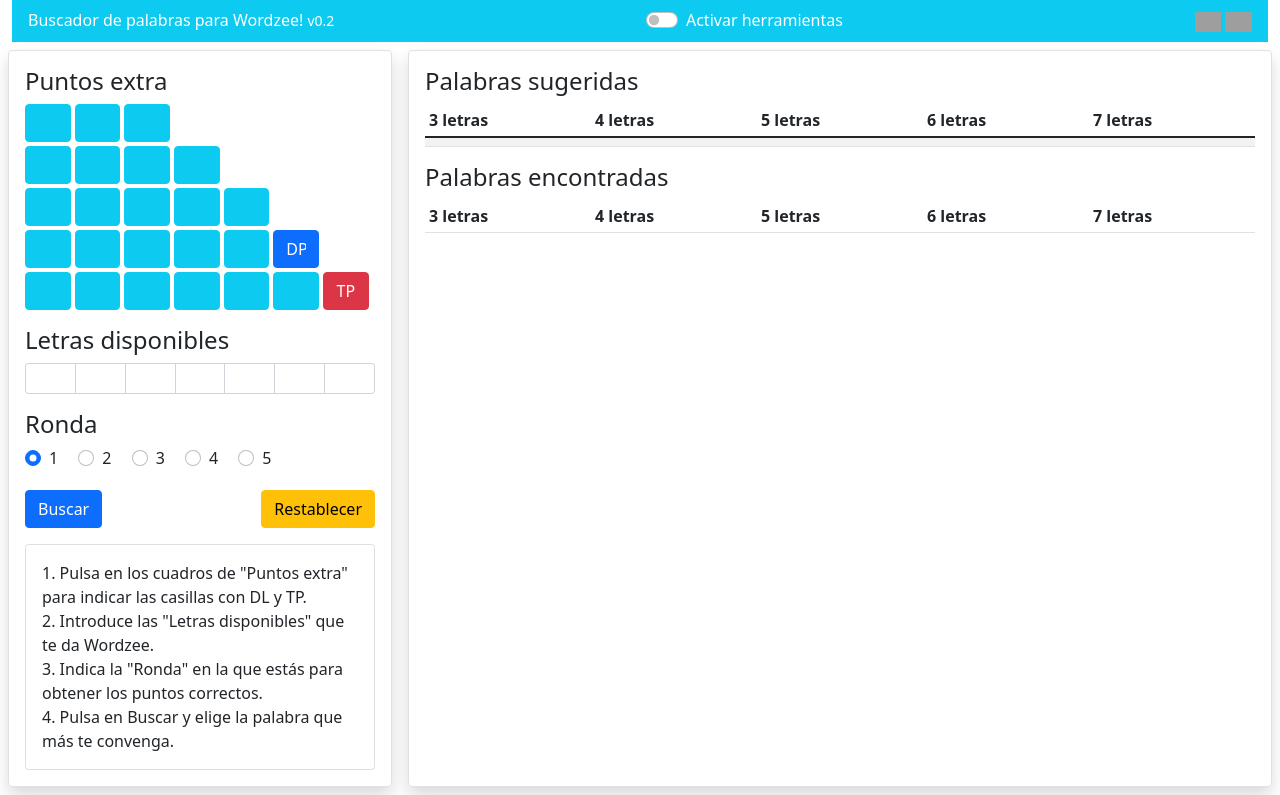
Repository: angelcafe/wordzee-bp_javascript
Page: index.html
An editor plug-in stored every save of this project. The page is shown before and after the next save, followed by the edit.
The browser window is 1280 px wide. The pictures show the whole page.
Pictures or frames that could not be fetched are drawn as grey boxes. The page's requests for data from a server got no answer.

Above is the page before, as saved 2021-10-24 20:00:29.

### index.html
<!DOCTYPE html>
<html lang="es">

<head>
    <meta charset="UTF-8">
    <meta name="viewport" content="width=device-width, initial-scale=1">
    <meta http-equiv="Expires" content="0">
    <meta http-equiv="Last-Modified" content="0">
    <meta http-equiv="Cache-Control" content="no-cache, mustrevalidate">
    <meta http-equiv="Pragma" content="no-cache">
    <link rel="icon" href="favicon.ico" type="image/ico" />
    <link rel="stylesheet" href="https://cdn.jsdelivr.net/npm/bootstrap@5.1.3/dist/css/bootstrap.min.css" integrity="sha384-1BmE4kWBq78iYhFldvKuhfTAU6auU8tT94WrHftjDbrCEXSU1oBoqyl2QvZ6jIW3" crossorigin="anonymous">
    <link rel="stylesheet" href="https://cdn.jsdelivr.net/npm/bootstrap-icons@1.5.0/font/bootstrap-icons.css">
    <link rel="stylesheet" href="index.css">
    <title>Busca palabras</title>
</head>

<body>
    <div id="liveAlertPlaceholder"></div>
    <div class="container-fluid">
        <!-- Cabecera -->
        <nav class="nav d-flex justify-content-between bg-info">
            <li class="nav-item">
                <span class="nav-link text-white">Buscador de palabras para Wordzee! <small>v0.2</small></span>
            </li>
            <li class="nav-item">
                <div class="nav-link text-white form-check form-switch">
                    <input class="form-check-input" type="checkbox" role="switch" id="idActivarHerramientas">
                    <label class="form-check-label" for="idActivarHerramientas">Activar herramientas</label>
                </div>
            </li>
            <li class="nav-item">
                <span class="nav-link">
                    <a href="https://www.facebook.com/BuscaPalabras-para-Wordzee-106324508497974" target="_blank"><img src="https://upload.wikimedia.org/wikipedia/commons/5/51/Facebook_f_logo_%282019%29.svg" height="20"></a>
                    <a href="https://t.me/buscadorwordzee" target="_blank"><img src="https://upload.wikimedia.org/wikipedia/commons/thumb/8/83/Telegram_2019_Logo.svg/2048px-Telegram_2019_Logo.svg.png" height="20"></a>
                </span>
            </li>
        </nav>
        <div class="row">
            <!-- Principal -->
            <div class="col border shadow rounded m-2 p-3 principal">
                <form>
                    <div id="idPuntosExtra">
                        <h4>Puntos extra</h4>
                        <div class="p-0 mb-1">
                            <input type="text" name="pal3let1" class="btn btn-info" value="" readonly>
                            <input type="text" name="pal3let2" class="btn btn-info" value="" readonly>
                            <input type="text" name="pal3let3" class="btn btn-info" value="" readonly>
                        </div>
                        <div class="p-0 mb-1">
                            <input type="text" name="pal4let1" class="btn btn-info" value="" readonly>
                            <input type="text" name="pal4let2" class="btn btn-info" value="" readonly>
                            <input type="text" name="pal4let3" class="btn btn-info" value="" readonly>
                            <input type="text" name="pal4let4" class="btn btn-info" value="" readonly>
                        </div>
                        <div class="p-0 mb-1">
                            <input type="text" name="pal5let1" class="btn btn-info" value="" readonly>
                            <input type="text" name="pal5let2" class="btn btn-info" value="" readonly>
                            <input type="text" name="pal5let3" class="btn btn-info" value="" readonly>
                            <input type="text" name="pal5let4" class="btn btn-info" value="" readonly>
                            <input type="text" name="pal5let5" class="btn btn-info" value="" readonly>
                        </div>
                        <div class="p-0 mb-1">
                            <input type="text" name="pal6let1" class="btn btn-info" value="" readonly>
                            <input type="text" name="pal6let2" class="btn btn-info" value="" readonly>
                            <input type="text" name="pal6let3" class="btn btn-info" value="" readonly>
                            <input type="text" name="pal6let4" class="btn btn-info" value="" readonly>
                            <input type="text" name="pal6let5" class="btn btn-info" value="" readonly>
                            <input type="text" name="pal6let6" class="btn btn-info" value="" readonly>
                        </div>
                        <div class="p-0 mb-3">
                            <input type="text" name="pal7let1" class="btn btn-info" value="" readonly>
                            <input type="text" name="pal7let2" class="btn btn-info" value="" readonly>
                            <input type="text" name="pal7let3" class="btn btn-info" value="" readonly>
                            <input type="text" name="pal7let4" class="btn btn-info" value="" readonly>
                            <input type="text" name="pal7let5" class="btn btn-info" value="" readonly>
                            <input type="text" name="pal7let6" class="btn btn-info" value="" readonly>
                            <input type="text" name="pal7let7" class="btn btn-info" value="" readonly>
                        </div>
                    </div>
                    <div id="idLetrasDisponibles">
                        <h4>Letras disponibles</h4>
                        <div class="input-group input-group-sm mb-3" id="letras">
                            <input type="text" name="letra1" size="1" maxlength="1" autocomplete="off" required="required" class="form-control text-uppercase" value="">
                            <input type="text" name="letra2" size="1" maxlength="1" autocomplete="off" required="required" class="form-control text-uppercase" value="">
                            <input type="text" name="letra3" size="1" maxlength="1" autocomplete="off" required="required" class="form-control text-uppercase" value="">
                            <input type="text" name="letra4" size="1" maxlength="1" autocomplete="off" required="required" class="form-control text-uppercase" value="">
                            <input type="text" name="letra5" size="1" maxlength="1" autocomplete="off" required="required" class="form-control text-uppercase" value="">
                            <input type="text" name="letra6" size="1" maxlength="1" autocomplete="off" required="required" class="form-control text-uppercase" value="">
                            <input type="text" name="letra7" size="1" maxlength="1" autocomplete="off" required="required" class="form-control text-uppercase" value="">
                        </div>
                    </div>
                    <div id="idRonda">
                        <h4>Ronda</h4>
                        <div class="form-check form-check-inline mb-3">
                            <input type="radio" name="ronda" value="1" class="form-check-input" checked>
                            <label class="form-check-label" for="idRonda1">1</label>
                        </div>
                        <div class="form-check form-check-inline mb-3">
                            <input type="radio" name="ronda" value="2" class="form-check-input">
                            <label class="form-check-label" for="idRonda2">2</label>
                        </div>
                        <div class="form-check form-check-inline mb-3">
                            <input type="radio" name="ronda" value="3" class="form-check-input">
                            <label class="form-check-label" for="idRonda3">3</label>
                        </div>
                        <div class="form-check form-check-inline mb-3">
                            <input type="radio" name="ronda" value="4" class="form-check-input">
                            <label class="form-check-label" for="idRonda4">4</label>
                        </div>
                        <div class="form-check form-check-inline mb-3">
                            <input type="radio" name="ronda" value="5" class="form-check-input">
                            <label class="form-check-label" for="idRonda5">5</label>
                        </div>
                    </div>
                    <div id="idBotones">
                        <div class="btn-toolbar justify-content-between mt-1">
                            <button type="button" class="btn btn-primary" onclick="buscarPalabras()">Buscar</button>
                            <button type="button" class="btn btn-warning" onclick="restablecer()">Restablecer</button>
                        </div>
                    </div>
                </form>
                <div class="card mt-3">
                    <div class="card-body">
                        1. Pulsa en los cuadros de "Puntos extra" para indicar las casillas con DL y TP.
                        <br>
                        2. Introduce las "Letras disponibles" que te da Wordzee.
                        <br>
                        3. Indica la "Ronda" en la que estás para obtener los puntos correctos.
                        <br>
                        4. Pulsa en Buscar y elige la palabra que más te convenga.
                    </div>
                </div>
            </div>
            <!-- Herramientas -->
            <div class="col border shadow rounded m-2 p-3 herramientas">
                <div id="idHerramientas">
                    <h4>Herramientas</h4>
                    <form class="row">
                        <div class="col">Palabra nueva:</div>
                        <div class="col">
                            <input name="palabraGuardar" id="palabraGuardar" type="text" minlength="3" maxlength="7" autocomplete="off" class="form-control text-uppercase" value="">
                        </div>
                        <div class="col">
                            <button id="idGuardar" type="button" class="btn btn-primary">Guardar</button>
                        </div>
                    </form>
                    <form class="row mt-3">
                        <div class="col">Borrar palabra:</div>
                        <div class="col">
                            <input name="palabraBorrar" id="palabraBorrar" type="text" minlength="3" maxlength="7" autocomplete="off" class="form-control text-uppercase" value="">
                        </div>
                        <div class="col">
                            <button id="idBorrar" type="button" class="btn btn-danger">Borrar</button>
                        </div>
                    </form>
                    <form class="row mt-3">
                        <div class="col">Exportar JSON:</div>
                        <div class="col"></div>
                        <div class="col">
                            <button type="button" onclick="palabras.exportar()" class="btn btn-primary">Exportar</button>
                        </div>
                    </form>
                    <form class="row mt-3">
                        <div class="col">Importar JSON:</div>
                        <div class="col custom-file">
                            <input type="file" class="form-control" accept=".json" id="formFile">
                            <label class="form-label" for="formFile" data-browse="Elegir"></label>
                        </div>
                        <div class="col input-group-append">
                            <button type="button" class="btn btn-warning" onclick="palabras.importar()">Importar</button>
                        </div>
                    </form>
                </div>
            </div>
            <!-- Palabras sugeridas -->
            <div class="border col m-2 p-3 shadow rounded">
                <h4>Palabras sugeridas</h4>
                <table class="table table-sm table-striped table-hover">
                    <thead>
                        <tr>
                            <th>3 letras</th>
                            <th>4 letras</th>
                            <th>5 letras</th>
                            <th>6 letras</th>
                            <th>7 letras</th>
                        </tr>
                    </thead>
                    <tbody>
                        <tr>
                            <td class="noselect"></td>
                            <td class="noselect"></td>
                            <td class="noselect"></td>
                            <td class="noselect"></td>
                            <td class="noselect"></td>
                        </tr>
                    </tbody>
                </table>
                <!-- Palabras encontradas -->
                <h4>Palabras encontradas</h4>
                <table class="table table-sm table-striped table-hover">
                    <thead>
                        <tr>
                            <th>3 letras</th>
                            <th>4 letras</th>
                            <th>5 letras</th>
                            <th>6 letras</th>
                            <th>7 letras</th>
                        </tr>
                    </thead>
                    <tbody id="idPalabrasEncontradas"></tbody>
                </table>
            </div>
        </div>
    </div>
    <div id="modalAlert" class="modal fade" tabindex="-1">
        <div class="modal-dialog">
            <div class="modal-content">
                <div class="modal-header">
                    <h5 class="modal-title"></h5>
                    <button type="button" class="close" data-dismiss="modal" aria-label="Close"></button>
                </div>
                <div class="modal-body">
                    <p>Importación finalizada.</p>
                </div>
                <div class="modal-footer">
                    <button type="button" class="close" data-dismiss="modal" aria-label="Cerrar">
                        <span aria-hidden="true">&times;</span>
                    </button>
                </div>
            </div>
        </div>
    </div>
    <div id="menu">
        <div>
            <i class="bi bi-eraser-fill"></i> Borrar <span id="idBorrarPalabra"></span> de la Base de Datos
        </div>
    </div>
    <script src="https://cdn.jsdelivr.net/npm/bootstrap@5.1.3/dist/js/bootstrap.bundle.min.js" integrity="sha384-ka7Sk0Gln4gmtz2MlQnikT1wXgYsOg+OMhuP+IlRH9sENBO0LRn5q+8nbTov4+1p" crossorigin="anonymous"></script>
    <script src="index.js"></script>
</body>

</html>

### index.css
.herramientas {
    display: none;
    max-width: 26em;
    min-width: 26em;
}
.noselect {
    -webkit-touch-callout: none; /* iOS Safari */
    -webkit-user-select: none; /* Safari */
    -khtml-user-select: none; /* Konqueror HTML */
    -moz-user-select: none; /* Firefox */
    -ms-user-select: none; /* Internet Explorer/Edge */
    user-select: none; /* Non-prefixed version, currently
    supported by Chrome and Opera */
}
.palenc {
    cursor: pointer;
}
.principal {
    max-width: 24em;
    min-width: 24em;
}
.rosa {
    background-color: pink;
}
#idPuntosExtra input {
    width: 13%;
}
#idBorrarPalabra,
#idBotonBuscaPalabras {
    cursor: pointer;
}
#menu {
    position: absolute;
    display: none;
    padding: 0px;
    font-family: sans-serif;
    font-size: 15px;
    background: #fff;
    color: #555;
    border: 1px solid #C6C6C6;
    -webkit-transition: opacity .5s ease-in-out;
    -moz-transition: opacity .5s ease-in-out;
    transition: opacity .5s ease-in-out;
    -webkit-box-shadow: 2px 2px 2px 0px rgba(143, 144, 145, 1);
    -moz-box-shadow: 2px 2px 2px 0px rgba(143, 144, 145, 1);
    box-shadow: 2px 2px 2px 0px rgba(143, 144, 145, 1);
}
#menu div {
    display: block;
    color: #555;
    text-decoration: none;
    padding: 6px 8px 6px 8px;
    width: 294px;
    position: relative;
}
#menu div img,
#menu div i.fa {
    height: 20px;
    font-size: 17px;
    width: 20px;
    position: absolute;
    left: 5px;
    top: 2px;
}
#menu span:hover {
    color: #fff;
    background: #69a0f1;
}
#menu span {
    font-weight: bold;
}

Loaded but not shown: index.js (299 lines, source omitted)

After the next save:
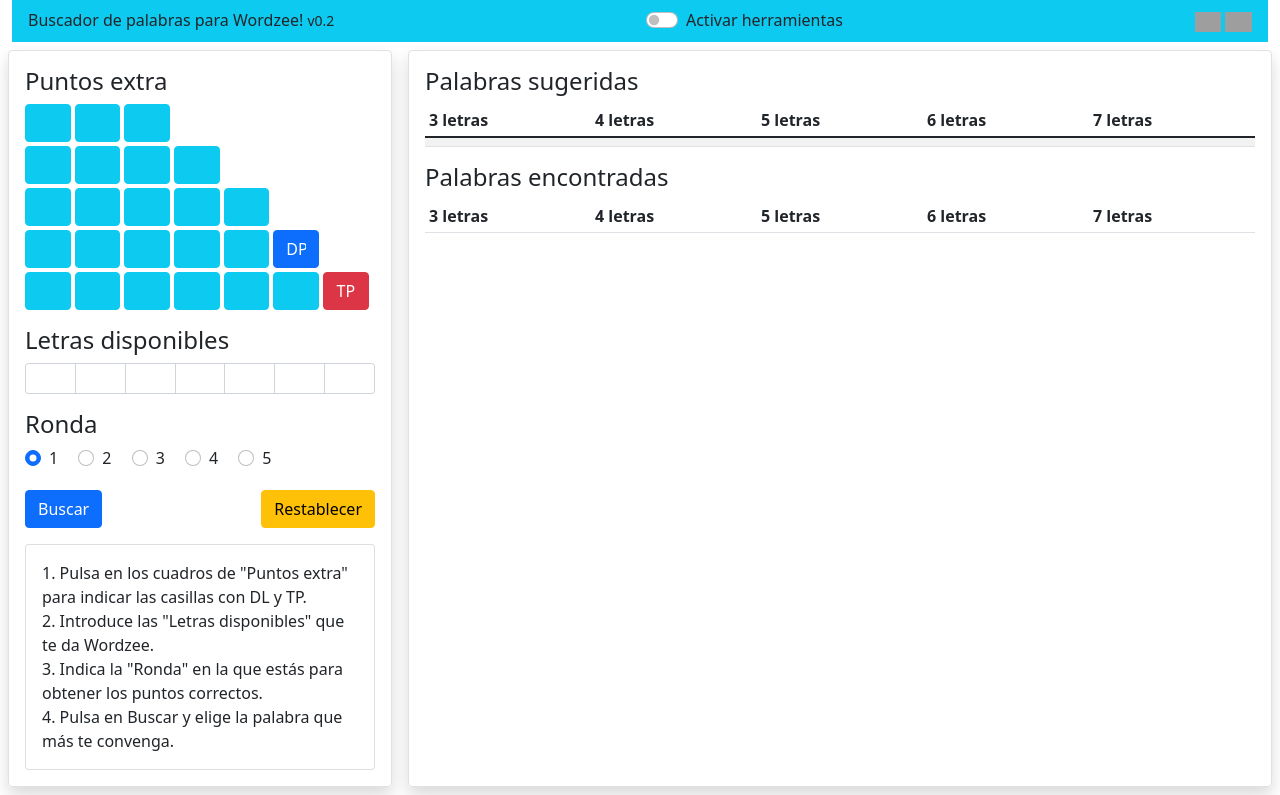
Saved 29 min 58 s later.
--- a/index.html
+++ b/index.html
@@ -21,10 +21,10 @@
         <!-- Cabecera -->
         <nav class="nav d-flex justify-content-between bg-info">
             <li class="nav-item">
-                <span class="nav-link text-white">Buscador de palabras para Wordzee! <small>v0.2</small></span>
+                <span class="nav-link text-dark">Buscador de palabras para Wordzee! <small>v0.2</small></span>
             </li>
             <li class="nav-item">
-                <div class="nav-link text-white form-check form-switch">
+                <div class="nav-link text-dark form-check form-switch">
                     <input class="form-check-input" type="checkbox" role="switch" id="idActivarHerramientas">
                     <label class="form-check-label" for="idActivarHerramientas">Activar herramientas</label>
                 </div>
